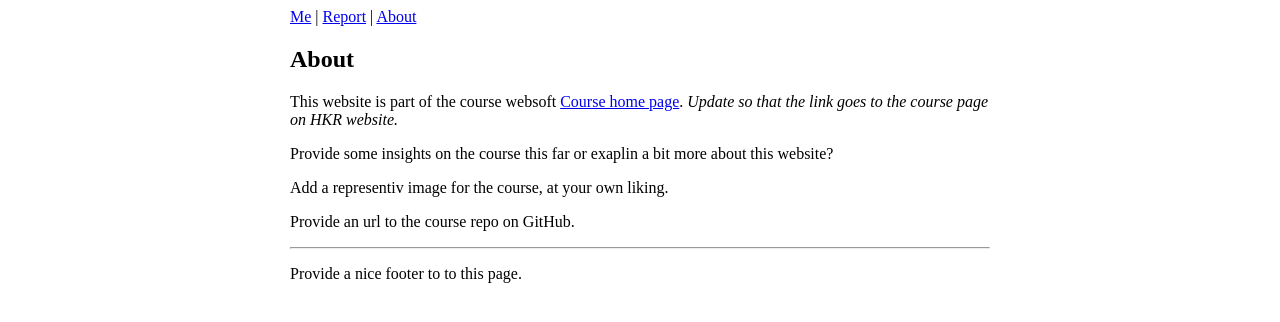
Repository: Webbprogrammering/websoft
Page: work/report/about.html
An editor plug-in stored every save of this project. The page is shown before and after the next save, followed by the edit.
The browser window is 1280 px wide. The pictures show the whole page.

Above is the page before, as saved 2020-01-24 07:23:53.

### work/report/about.html
<!doctype html>
<html lang="en">
<head>
    <meta charset="utf-8">
    <title>About this site</title>
    <link rel="stylesheet" href="css/style.css">
    <link rel="icon" href="favicon.ico">
</head>

<body>



    <header>
        <nav>
            <a href="https://john-daley.github.io/websoft/work/report/me">Me</a> |
            <a href="https://john-daley.github.io/websoft/work/report/report">Report</a> |
            <a href="https://john-daley.github.io/websoft/work/report/about">About</a>
        </nav>
    </header>


<article>

<h1>About</h1>

<p>This website is part of the course websoft <a href="https://www.hkr.se/kurs/DA377B/kursplan">Course home page</a>. <i>Update so that the link goes to the course page on HKR website.</i></p>

<p>Provide some insights on the course this far or exaplin a bit more about this website?</p>

<p>Add a representiv image for the course, at your own liking.</p>

<p>Provide an url to the course repo on GitHub.</p>

</article>

<footer>
    <hr>
    <p>Provide a nice footer to to this page.</p>
</footer>

<script type="text/javascript" src="js/main.js"></script>
</body>
</html>

### work/report/css/style.css
/*
 * Comments are written as C++ style.
 */
html {
    overflow-y: scroll;
}

body {
    margin: 8px auto;
    background: #fff;
    width: 700px;
}

Loaded but not shown: work/report/js/main.js (common file)

After the next save:
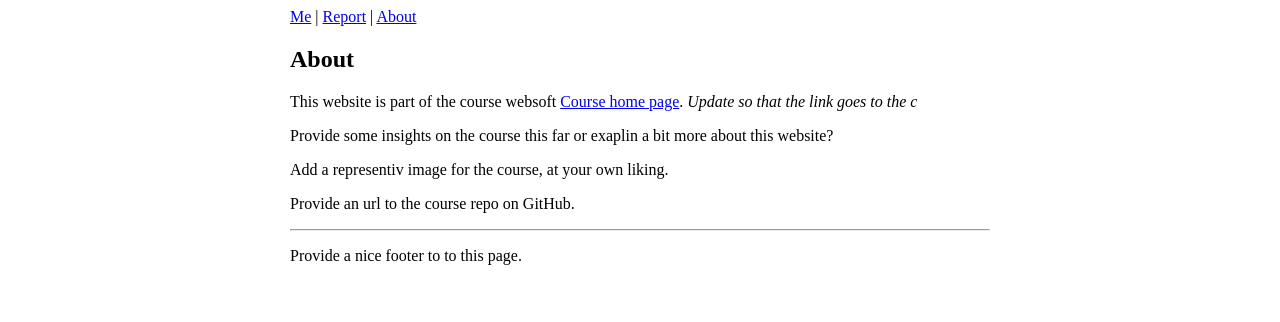
Saved 9 s later.
--- a/work/report/about.html
+++ b/work/report/about.html
@@ -24,7 +24,7 @@
 
 <h1>About</h1>
 
-<p>This website is part of the course websoft <a href="https://www.hkr.se/kurs/DA377B/kursplan">Course home page</a>. <i>Update so that the link goes to the course page on HKR website.</i></p>
+<p>This website is part of the course websoft <a href="https://www.hkr.se/kurs/DA377B/kursplan">Course home page</a>. <i>Update so that the link goes to the c</i></p>
 
 <p>Provide some insights on the course this far or exaplin a bit more about this website?</p>
 
